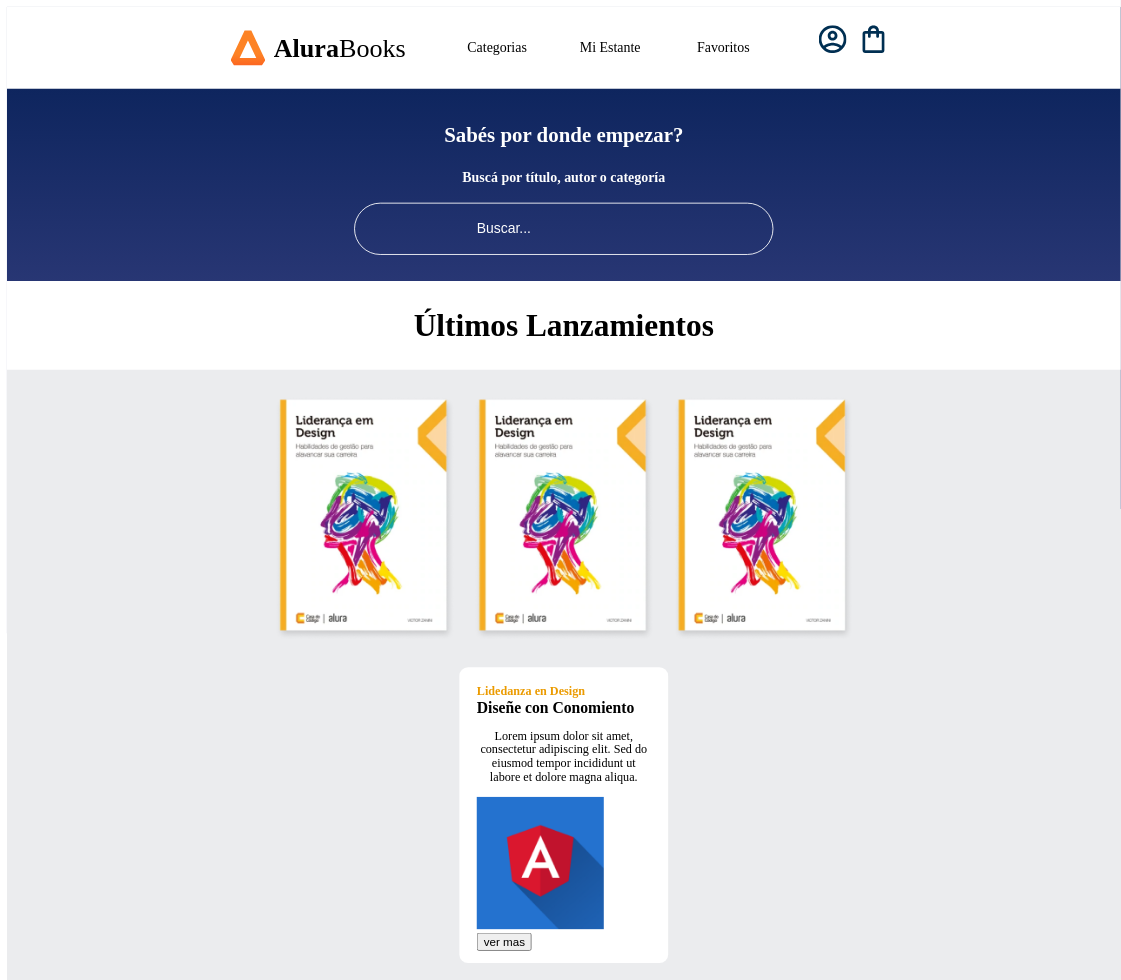
Repository: SandroG1977/Alura.Books
Page: /
These files come from the project's save history. The page is drawn as it stood at one moment and after the next save; the edit follows.
The browser window is 1280 px wide. The page is 1288 px wide, so the pictures cover 1288 px, including what lies to the right of the window. The pictures show the whole page, at 87% of full size.
The project was rebuilt for these pictures with package versions that can differ from the ones it lists, and the page was loaded fresh each time.

Above is the page before, as saved 2026-04-09 18:40:33.

### src/index.js
import React from 'react';
import ReactDOM from 'react-dom/client';
import App from './App';
import reportWebVitals from './reportWebVitals';
import { createGlobalStyle } from 'styled-components';

const GlobalStyle = createGlobalStyle`
    body {
      margin: 0;
      font-family: -apple-system, BlinkMacSystemFont, 'Segoe UI', 'Roboto', 'Oxygen',
        'Ubuntu', 'Cantarell', 'Fira Sans', 'Droid Sans', 'Helvetica Neue',
        sans-serif;
      -webkit-font-smoothing: antialiased;
      -moz-osx-font-smoothing: grayscale;
    }

    code {
      font-family: source-code-pro, Menlo, Monaco, Consolas, 'Courier New',
        monospace;
    }

    li{
      list-style: none;
    }
`;

const root = ReactDOM.createRoot(document.getElementById('root'));
root.render(
  <React.StrictMode>
    <App />
  </React.StrictMode>
);

// If you want to start measuring performance in your app, pass a function
// to log results (for example: reportWebVitals(console.log))
// or send to an analytics endpoint. Learn more: https://bit.ly/CRA-vitals
reportWebVitals();

### src/App.js
import styled from 'styled-components';
import Header from './components/Header';
import Search from './components/Search';
import UltimosLanzamientos from './components/UltimoLanzamientos';

const AppContainer = styled.div`
  width: 100vw;
  height: 100vh;
  background-image: linear-gradient(to bottom, #031e55, #57559b);


li{
    list-style: none;
}
`;

function App() {
  return (
    <AppContainer>
      <Header />
      <Search />
      <UltimosLanzamientos />
    </AppContainer>
  );
}

export default App;

### src/components/Header/index.js
import Logo from '../logo';
import OptionsHeader from '../OptionsHeader';
import IconesHeader from '../IconosHeader';
import styled from 'styled-components';

const HeaderContainer = styled.header`
    background-color: white;
    display: flex;
    justify-content: center;
`;

function Header() {
    return (
        <HeaderContainer>
            <Logo />
            <OptionsHeader />
            <IconesHeader />
        </HeaderContainer>
    );
}

export default Header;

### src/components/Search/index.js
import { useState } from 'react';
import Input from '../Input';
import styled from 'styled-components';

import livro from '../../images/livro.png'

export const livros = [
    { nome: 'Liderança em Design', id: 1, src: livro },
    { nome: 'JavaScript Assertivo', id: 2, src: livro },
    { nome: 'Cangaceiro em JavaScript', id: 3, src: livro },
    { nome: 'Aventureiros do Java', id: 4, src: livro },
]

const SearchContainer = styled.section`
    display: flex;
    flex-direction: column;
    align-items: center;
    justify-content: center;
    padding: 20px;
`;

const Titulo = styled.h2`
    font-size: 24px;
    color: #FFF;
    margin-bottom: 10px;
`;

const Subtitulo = styled.h3`
    font-size: 16px;
    color: #FFF;
    margin-bottom: 20px;
`;

const ResultadosContainer = styled.div`
    display: flex;
    justify-content: center;
    align-items: center;
    margin-bottom: 20px;
    gap: 20px;
    cursor: pointer;

    img {
        width: 100px;
    }

    p { width: 200px; text-align: center; color: #FFF; }

    &:hover {
            transform: scale(1.05);
            transition: transform 0.2s ease-in-out;
        border: 1px solid white;
    }
`;

function Search() {
    const [librosEncontrados, setLibrosEncontrados] = useState([]);
    return (
        <SearchContainer>
            <Titulo>Sabés por donde empezar?</Titulo>
            <Subtitulo>Buscá por título, autor o categoría</Subtitulo>
            <Input
                placeholder="Buscar..."
                onBlur={event => {
                    const query = event.target.value.trim().toLowerCase();
                    if (!query) {
                        setLibrosEncontrados([]);
                        return;
                    }

                    const encontrados = livros.filter(livro =>
                        livro.nome.toLowerCase().includes(query)
                    );
                    setLibrosEncontrados(encontrados);
                }
                }
            />
            {librosEncontrados.map(livro => {
                return (
                    <ResultadosContainer key={livro.id}>
                        <img src={livro.src} alt={livro.nome} /><p>{livro.nome}</p>

                    </ResultadosContainer>
                );
            })}

        </SearchContainer>
    );
}

export default Search;

### src/components/UltimoLanzamientos/index.js
import styled from 'styled-components';
import { Titulo } from '../Titulo';
import livro2 from '../../images/livro2.png';
import livro from '../../images/livro.png';
import CardRecomandaciones from '../CardRecomandaciones';

export const livros = [
    { nome: 'Liderança em Design', src: livro, id: 1 },
    { nome: 'Cangaceiro JavaScript', src: livro, id: 3 },
    { nome: 'Apache Kafka e Spring Boot', src: livro, id: 4 }
]


const LibroContainer = styled.section`
    background-color: #EBECEE;
    padding-bottom: 20px;
    display: flex;
    flex-direction: column;
`;


const NuevosLibrosContainer = styled.div`
    margin-top: 30px;
    margin-bottom: 30px;
    gap: 20px;
    display: flex;
    width: 100%;
    justify-content: center;
    cursor: pointer;
`

function UltimosLanzamientos() {
    return (
        <LibroContainer>
            <Titulo color="#000000" size="36px" align="center">Últimos Lanzamientos</Titulo>
            <NuevosLibrosContainer>
                {livros.map(livro => {
                    return (
                        <img key={livro.id} src={livro.src} alt={livro.nome} />

                    );
                })}
            </NuevosLibrosContainer>
            <CardRecomandaciones titulo="Lidedanza en Design" subtitulo="Diseñe con Conomiento" descripcion="Lorem ipsum dolor sit amet, consectetur adipiscing elit. Sed do eiusmod tempor incididunt ut labore et dolore magna aliqua." imagen={livro2} />
        </LibroContainer>
    );
}

export default UltimosLanzamientos;

### src/components/logo/index.js
import logo from '../../images/logo.svg';
import styled from 'styled-components';

const LogoContainer = styled.div`
    display: flex;
    font-size: 30px;
    margin-left: 5px;
`;

const LogoImage = styled.img`
    width: 40px;
    margin-right: 10px;
`;


function Logo() {
    return (
        <LogoContainer>
            <LogoImage src={logo} alt="Logo Alura Books" />
            <p><strong>Alura</strong>Books</p>
        </LogoContainer>
    );
}

export default Logo;

### src/components/OptionsHeader/index.js

import styled from 'styled-components';

const OpcionesContainer = styled.ul`
    display: flex;
`;

const Opcion = styled.li`
    font-size: 16px;
    display: flex;
    justify-content: center;
    align-items: center;
    text-align: center;
    height: 100%;
    padding: 0 5px;
    cursor: pointer;
    min-width: 120px;
`;



const textoOpciones = ['Categorias', 'Mi Estante', 'Favoritos'];


function OptionsHeader() {
    return (
        <OpcionesContainer>
            {textoOpciones.map((opcion, index) => (
                <Opcion key={index}><p>{opcion}</p></Opcion>
            ))}
        </OpcionesContainer>
    );
}

export default OptionsHeader;

### src/components/IconosHeader/index.js
import perfil from '../../images/perfil.svg';
import carrito from '../../images/sacola.svg';
import styled from 'styled-components';

const IconosContainer = styled.ul`
    display: flex;
`;

const Icono = styled.li`
    width: 40px;
    margin:5px;
`;

const iconosOpciones = [perfil, carrito];

function IconesHeader() {
    return (
        <IconosContainer>
            {iconosOpciones.map((icono, index) => (
                <Icono><img src={icono} alt={`Icono ${index}`} /></Icono>
            ))}
        </IconosContainer>
    );
}

export default IconesHeader;

### src/components/Input/index.js
import syled from 'styled-components';

const Input = syled.input`
    border: 1px solid #FFF;
    background: transparent;
    border: 1px solid #FFF;
    padding: 20px 140px;
    border-radius: 50px;
    width: 200px;
    color: #FFF;
    font-size: 16px;
    margin-bottom: 10px;

    &::placeholder {
            color: #FFF;
            font-size: 16px;
    }
`;


export default Input;

### src/components/Titulo/index.js
import styled from 'styled-components';


export const Titulo = styled.h2`
    width: 100%;
    padding: 30px 0;
    background-color: #FFF;
    color: ${props => props.color || '#EB9B00'};
    font-size: ${props => props.size || '36px'};
    text-align: ${props => props.align || 'center'};
    margin: 0;
`;

### src/components/CardRecomandaciones/index.js
import styled from "styled-components";

const Card = styled.div`
    width: 200px;
    height: 300px;
    background-color: #FFF;
    border-radius: 10px;
    padding: 20px;
    display: flex;
    flex-direction: column;
    justify-content: space-between;
    align-items: center;
    align-self: center;
    `;

const Titulo = styled.h3`
        font-size: 14px;
        color: #EB9B00;
        margin: 0;
`;

const Subtitulo = styled.h4`
        font-size: 18px;
        color: #000000;
        margin: 0;
`

const Descripcion = styled.p`
        font-size: 14px;
        color: #000000;
        text-align: center;
    `
const Imagen = styled.img`
    object - fit: cover;
    alight-self: center;
    align-items: center;
`

const Button = styled.button`
    button{
    background - color: #EB9B00;
    color: #FFF;
    border: none;
    padding: 10px 20px;
    border - radius: 5px;
    cursor: pointer;
`



function CardRecomandaciones({ titulo, subtitulo, descripcion, imagen }) {
    return (
        <Card>
            <div>
                <Titulo>{titulo}</Titulo>
                <Subtitulo>{subtitulo}</Subtitulo>
                <Descripcion>{descripcion}</Descripcion>
            </div>
            <div>
                <Imagen src={imagen} alt={titulo} />
                <Button>ver mas</Button>
            </div>
        </Card>
    );
}

export default CardRecomandaciones;

Loaded but not shown: public/index.html (common file); src/reportWebVitals.js (common file)

After the next save:
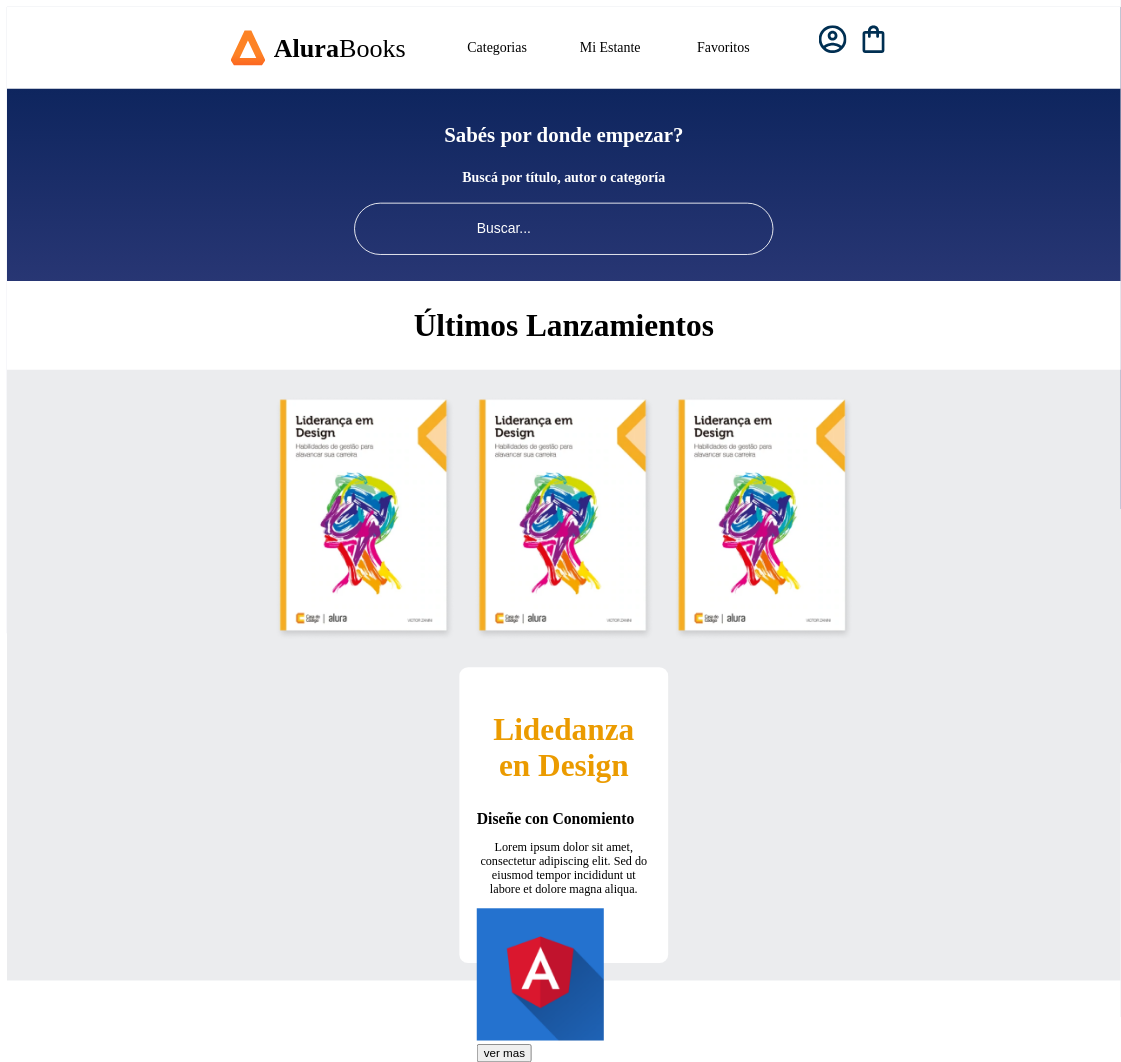
Saved 2 min 20 s later.
--- a/src/components/CardRecomandaciones/index.js
+++ b/src/components/CardRecomandaciones/index.js
@@ -1,4 +1,5 @@
 import styled from "styled-components";
+import { Titulo } from "../Titulo";
 
 const Card = styled.div`
     width: 200px;
@@ -12,12 +13,6 @@
     align-items: center;
     align-self: center;
     `;
-
-const Titulo = styled.h3`
-        font-size: 14px;
-        color: #EB9B00;
-        margin: 0;
-`;
 
 const Subtitulo = styled.h4`
         font-size: 18px;
@@ -52,7 +47,7 @@
     return (
         <Card>
             <div>
-                <Titulo>{titulo}</Titulo>
+                <Titulo color="#EB9B00" font-size="14px">{titulo}</Titulo>
                 <Subtitulo>{subtitulo}</Subtitulo>
                 <Descripcion>{descripcion}</Descripcion>
             </div>
